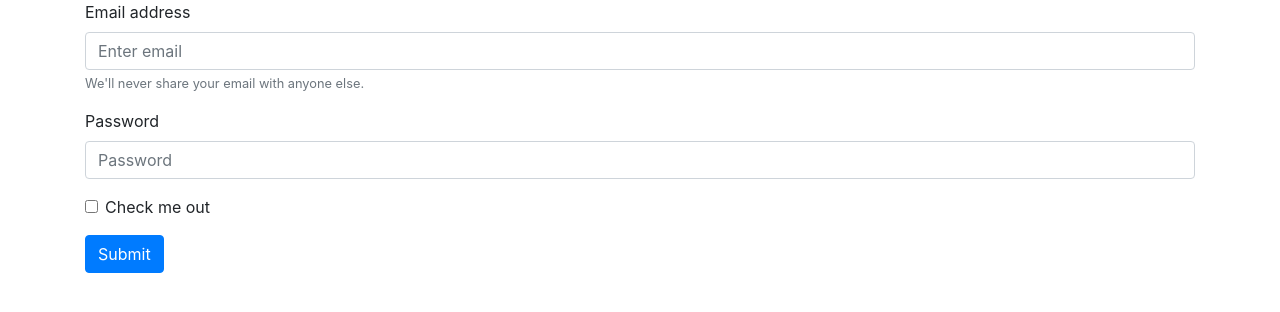
Repository: wellersonfc/simple-crud-react
Page: /
An editor plug-in stored every save of this project. The page is shown before and after the next save, followed by the edit.
The browser window is 1280 px wide. The pictures show the whole page.
The project was rebuilt for these pictures with package versions that can differ from the ones it lists, and the page was loaded fresh each time.

Above is the page before, as saved 2019-09-22 15:21:54.

### src/App.js
import React from 'react';
import logo from './logo.svg';
import 'bootstrap/dist/css/bootstrap.min.css';
function App() {
  return (
    <div className="App">
      <div className="container">
        <div className="form-autor">
          <form>
            <div class="form-group">
              <label for="exampleInputEmail1">Email address</label>
              <input type="email" class="form-control" id="exampleInputEmail1" aria-describedby="emailHelp" placeholder="Enter email"/>
              <small id="emailHelp" class="form-text text-muted">We'll never share your email with anyone else.</small>
            </div>
            <div class="form-group">
              <label for="exampleInputPassword1">Password</label>
              <input type="password" class="form-control" id="exampleInputPassword1" placeholder="Password"/>
            </div>
            <div class="form-group form-check">
              <input type="checkbox" class="form-check-input" id="exampleCheck1"/>
              <label class="form-check-label" for="exampleCheck1">Check me out</label>
            </div>
            <button type="submit" class="btn btn-primary">Submit</button>
        </form>
        </div>
      </div>
    </div>
  );
}

export default App;

Loaded but not shown: public/index.html (common file); src/index.js (common file); src/index.css (common file); src/serviceWorker.js (common file)

After the next save:
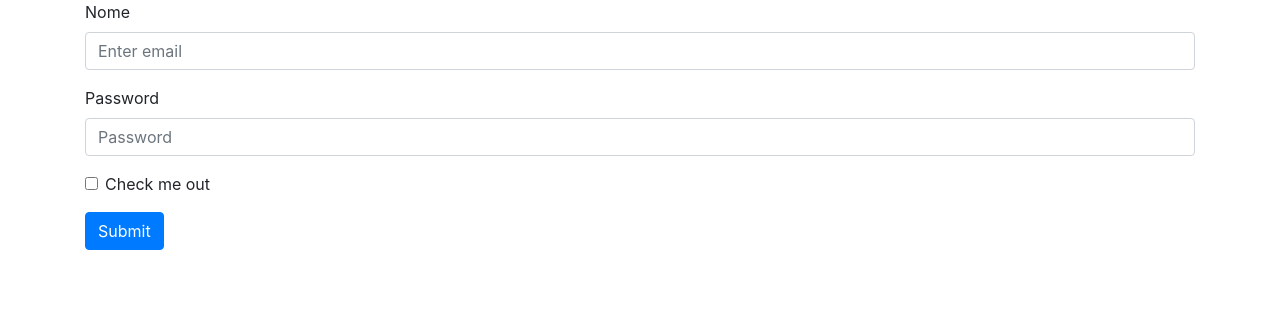
Saved 81 s later.
--- a/src/App.js
+++ b/src/App.js
@@ -8,9 +8,8 @@ function App() {
         <div className="form-autor">
           <form>
             <div class="form-group">
-              <label for="exampleInputEmail1">Email address</label>
+              <label for="exampleInputEmail1">Nome</label>
               <input type="email" class="form-control" id="exampleInputEmail1" aria-describedby="emailHelp" placeholder="Enter email"/>
-              <small id="emailHelp" class="form-text text-muted">We'll never share your email with anyone else.</small>
             </div>
             <div class="form-group">
               <label for="exampleInputPassword1">Password</label>
